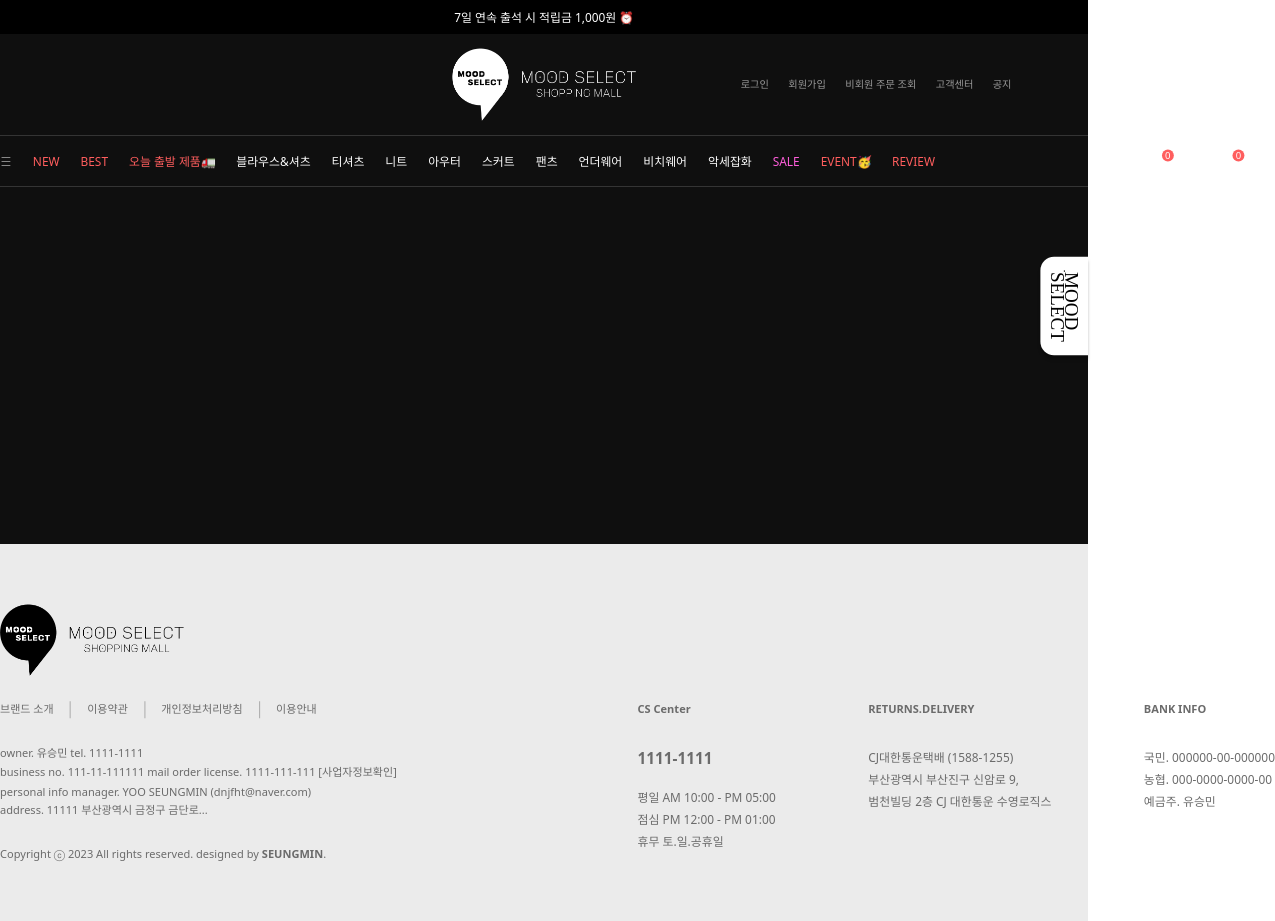
Repository: andrew-tg-song/mood-select
Page: /new (app in packages/frontend/)
An editor plug-in stored every save of this project. The page is shown before and after the next save, followed by the edit.
The browser window is 1280 px wide. The page is 1500 px wide, then 1280 px, then 1500 px, so the pictures cover 1500 px, including what lies to the right of the window. The pictures show the whole page, at 85% of full size.
Some web fonts or font styles are not loaded; a fallback is used. The project was rebuilt for these pictures with package versions that can differ from the ones it lists, and the page was loaded fresh each time. Also part of the build but not shown: packages/frontend/vite.config.ts, packages/frontend/src/components/slider/NextArrow.tsx, packages/frontend/src/components/slider/PrevArrow.tsx, packages/frontend/src/components/slider/CardSlider.tsx, packages/frontend/src/components/main/CategoryBanner.tsx, packages/frontend/src/components/main/MainSlider.tsx, packages/frontend/src/components/main/EventBanner.tsx, packages/frontend/src/components/main/EventBanner2.tsx and 17 more. Imported but missing from the stored project, and not drawn on this page: packages/frontend/src/components/product/Product.

Above is the page before, as saved 2023-06-04 06:01:53.

After the next save:
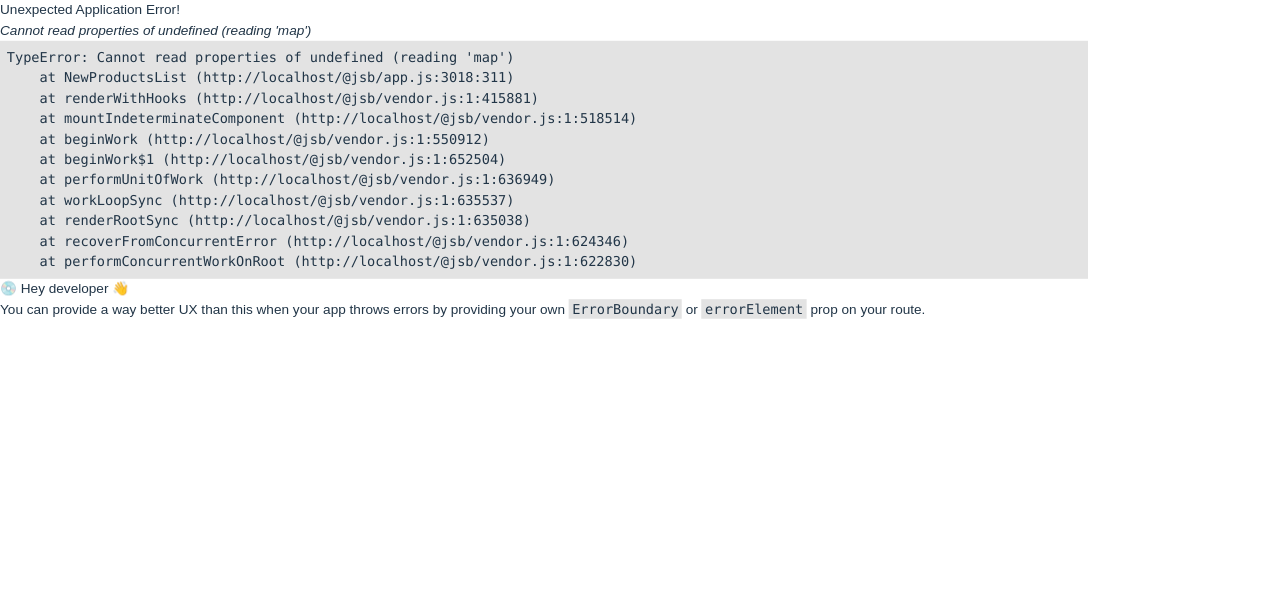
Console error: TypeError: Cannot read properties of undefined (reading 'map')
Saved 119 s later.
--- a/packages/frontend/src/pages/NewProductsList.tsx
+++ b/packages/frontend/src/pages/NewProductsList.tsx
@@ -16,7 +16,13 @@
   console.log(products);
   return (
     <div className={`${darkMode === 'light' ? 'bg-white text-black' : 'bg-[#0f0f0f] text-white'} pb-[140px]`}>
-      <div className="w-[81.25rem] py-[140px] mx-auto"></div>
+      <div className="w-[81.25rem] py-[140px] mx-auto">
+        {products.map((product) => {
+          if (product.new) {
+            return <div>{product.title}</div>;
+          }
+        })}
+      </div>
     </div>
   );
 }

After the 3 saves that followed:
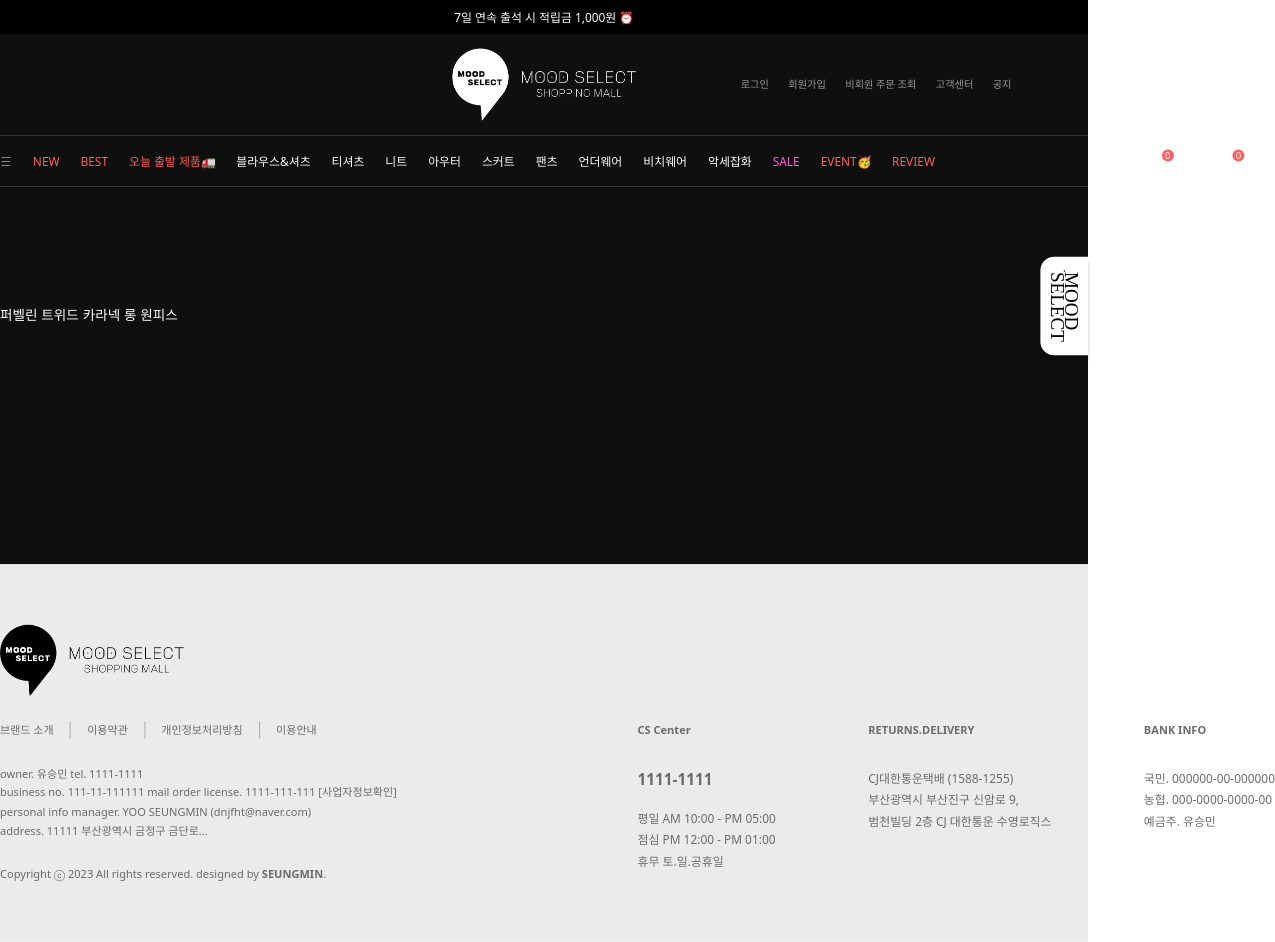
The error is gone.
The 3 saves are shown as one change because 1 left the picture as it was and some came seconds apart.
The last was saved 34 s later.
--- a/packages/frontend/src/pages/NewProductsList.tsx
+++ b/packages/frontend/src/pages/NewProductsList.tsx
@@ -17,7 +17,7 @@
   return (
     <div className={`${darkMode === 'light' ? 'bg-white text-black' : 'bg-[#0f0f0f] text-white'} pb-[140px]`}>
       <div className="w-[81.25rem] py-[140px] mx-auto">
-        {products.map((product) => {
+        {products?.map((product) => {
           if (product.new) {
             return <div>{product.title}</div>;
           }
